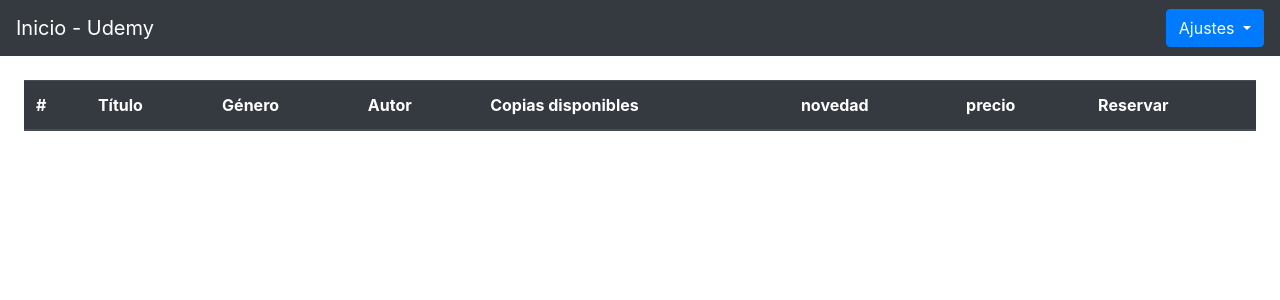
Repository: Enrique-git-hub/curso-java
Page: Workspace/LibreriaUdemy/src/main/webapp/home.html
The author's editor kept a copy of each file at every save. The page is drawn from the files as they stood at one save, then again after the next save.
The browser window is 1280 px wide. The pictures show the whole page.
The page's requests for data from a server got no answer.

Above is the page before, as saved 2025-03-19 12:09:43.
Console error: TypeError: $(...).tooltip is not a function

After the next save:
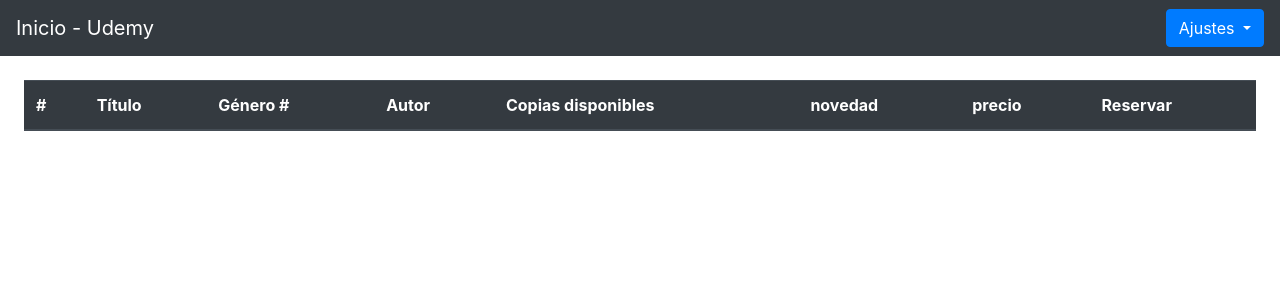
Saved 2 min 7 s later.
--- a/Workspace/LibreriaUdemy/src/main/webapp/home.html
+++ b/Workspace/LibreriaUdemy/src/main/webapp/home.html
@@ -41,7 +41,7 @@
 				<tr>
 					<th scope="col">#</th>
 					<th scope="col">Título</th>
-					<th scope="col" id="ordenar-genero" data-toogle="tooltip" data-placement="top" title="ordenar por género">Género <span class="fas fa-sort" id="icono-ordenar"></span></th>
+					<th scope="col" id="ordenar-genero" data-toogle="tooltip" data-placement="top" title="ordenar por género">Género <span class="fas fa-sort" id="icono-ordenar">#</span></th>
 					<th scope="col">Autor</th>
 					<th scope="col">Copias disponibles</th>
 					<th scope="col">novedad</th>

After the save that followed:
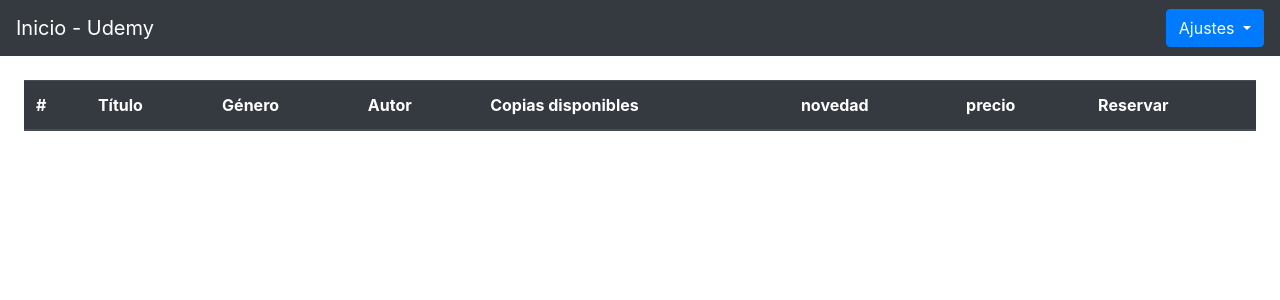
Saved 18 s later.
--- a/Workspace/LibreriaUdemy/src/main/webapp/home.html
+++ b/Workspace/LibreriaUdemy/src/main/webapp/home.html
@@ -41,7 +41,7 @@
 				<tr>
 					<th scope="col">#</th>
 					<th scope="col">Título</th>
-					<th scope="col" id="ordenar-genero" data-toogle="tooltip" data-placement="top" title="ordenar por género">Género <span class="fas fa-sort" id="icono-ordenar">#</span></th>
+					<th scope="col" id="ordenar-genero" data-toogle="tooltip" data-placement="top" title="ordenar por género">Género <span class="fas fa-sort" id="icono-ordenar"></span></th>
 					<th scope="col">Autor</th>
 					<th scope="col">Copias disponibles</th>
 					<th scope="col">novedad</th>
